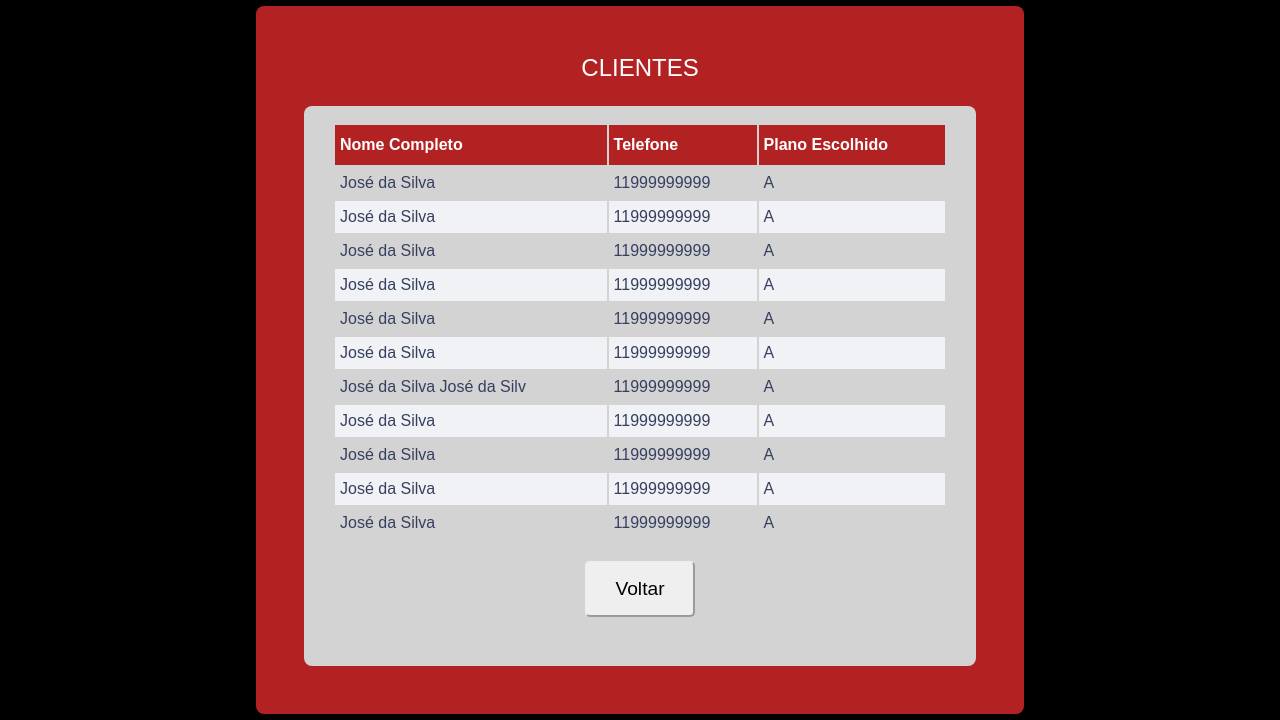
Repository: samantaProspero/projeto_integrador
Page: Versão Atual/PI_Vanila/clientes.html
An editor plug-in stored every save of this project. The page is shown before and after the next save, followed by the edit.
The browser window is 1280 px wide. The pictures show the whole page.

Above is the page before, as saved 2021-11-06 15:04:24.

### Versão Atual/PI_Vanila/clientes.html
<!DOCTYPE html>
<html lang="pt-BR">
<head>
  <meta charset="UTF-8">
  <meta http-equiv="X-UA-Compatible" content="IE=edge">
  <meta name="viewport" content="width=device-width, initial-scale=1.0">
  <link rel="stylesheet" type="text/css" href="_css/global.css">
  <link rel="stylesheet" type="text/css" href="_css/clientes.css">
  <title>D Lions</title>
</head>
<body id="clientes-container">
  <section class="clientes-content">
    <p>CLIENTES</p>
    <nav class="clientes-painel">
      <div class="clientes-lista">

        <div class="area-clientes">
          <table>
            <thead>
              <th>Nome Completo</th>
              <th>Telefone</th>
              <th>Plano Escolhido</th>
            </thead>
            <tbody>
              <tr>
                <td>José da Silva</td>
                <td>11999999999</td>
                <td>A</td>
              </tr>
              <tr>
                <td>José da Silva</td>
                <td>11999999999</td>
                <td>A</td>
              </tr>
              <tr>
                <td>José da Silva</td>
                <td>11999999999</td>
                <td>A</td>
              </tr>
              <tr>
                <td>José da Silva</td>
                <td>11999999999</td>
                <td>A</td>
              </tr>
              <tr>
                <td>José da Silva</td>
                <td>11999999999</td>
                <td>A</td>
              </tr>
              <tr>
                <td>José da Silva</td>
                <td>11999999999</td>
                <td>A</td>
              </tr>
              <tr>
                <td>José da Silva José da Silv</td>
                <td>11999999999</td>
                <td>A</td>
              </tr>
              <tr>
                <td>José da Silva</td>
                <td>11999999999</td>
                <td>A</td>
              </tr>
              <tr>
                <td>José da Silva</td>
                <td>11999999999</td>
                <td>A</td>
              </tr>
              <tr>
                <td>José da Silva</td>
                <td>11999999999</td>
                <td>A</td>
              </tr>
              <tr>
                <td>José da Silva</td>
                <td>11999999999</td>
                <td>A</td>
              </tr>
            </tbody>
          </table>
            <button>Voltar</button>
        </div>
      </div>
    </nav>
  </section>
</body>
</html>

### Versão Atual/PI_Vanila/_css/global.css
  :root{
    --red: #E52E4D;
    --green: #33CC95;
    --blue: #5429CC;
    --blue-light: #6933FF;
    --text-title: #363F5F;
    --text-body: #969CB2;
    --background: #f0f2f5;
    --shape: #FFFFFF;
    --primary_dark: #363F5F;
  --secondary_dark: #000000;
    --primary: #FF0000;
    --bg_home: #B22222;
    --bg_cadastro:#A52A2A;
    --icon: #6495ED;
    --bg_frame: #D3D3D3;
  }
  /* font verdana 8 bold */

  *{
    margin: 0;
    padding: 0;
    box-sizing: border-box;
  }

  /* // font-size: 16px (Desktop) */
  html{
    @media (max-width: 1080px){
      font-size: 93.75%; //15px
    }
    @media (max-width: 720px){
      font-size: 87.5%;  //14px
    }
  }
  /* //REM = 1rem = 16px */
  body{
    background: var(--secondary_dark);
    -webkit-font-smoothing: antialiased;
  }

  body, input, textarea, button {
    font-family: 'Poppins', sans-serif;
    font-weight: 400;
  }

  h1, h2, h3, h4, h5, h6, strong {
    font-weight: 600;
  }

  button {
    cursor: pointer;
  }



  /* [disabled] {
    opacity: 0.6;
    cursor: not-allowed;
  }

  .react-modal-overlay{
    background: rgba(0,0,0,0.5);
    position: fixed;

    top: 0;
    bottom: 0;
    right: 0;
    left: 0;

    display: flex;
    align-items: center;
    justify-content: center;
  }

  .react-modal-content{
    width: 100%;
    max-width: 576px;
    background: var(--background);
    padding: 3rem;
    position: relative;
    border-radius: 0.25rem;
  }

  .react-modal-close{
    position: absolute;
    right: 1.5rem;
    top: 1.5rem;
    border: 0;
    background: transparent;
    transition: 0.2s; */

    /* &:hover{
      filter: brightness(0.9)
    }
  } */

### Versão Atual/PI_Vanila/_css/clientes.css
#clientes-container {
  width: 100vw;
  height: 100vh;
  display: flex;
  flex-direction: column;
  align-items: center;
  justify-content: center;
}
.clientes-content {
  width: 60vw;
  max-width: 1000px;
  display: flex;
  flex-direction: column;
  justify-content: center;
  align-items: center;
  padding: 3rem;
  border-radius: 8px;
  background-color: var(--bg_home);
}
.clientes-content p {
  color: var(--shape);
  font-size: 1.5rem;
  text-align: center;
  padding-bottom: 1.5rem;
}
.clientes-painel {
  width: 100%;
}
.clientes-lista {
  width: 100%;
  background-color: var(--bg_frame);
  display: flex;
  justify-content: space-around;
  align-items: center;
  padding: 1.5rem;
  border-radius: 8px;

  padding-top: 0.7rem;
}

.area-clientes {
  overflow-x:auto;
  display: flex;
  flex: 1;
  flex-direction: column;
  align-items: center;
  justify-content: space-between;
  padding: 5px;

}
.area-clientes table {
  width: 100%;
}
.area-clientes table th, td{
  text-align: left;
  padding: 5px;
}
.area-clientes table thead{
  background-color: var(--bg_home);
  /* opacity: 0.8; */
  height: 2.5rem;
  color: var(--shape);
}
.area-clientes table td{
  height: 2rem;
  /* width: 100%; */
  color: var(--primary_dark);
}

.area-clientes tr:nth-child(even) {
  background-color: var(--background)
}
.area-clientes tr:hover {
  background-color: var(--bg_home);
  color: var(--shape);
}
/* .area-clientes label {
  color: var(--text-title);
  font-size: 1.2rem;
} */
/* .area-clientes  input {
  height: 1.5rem;
  padding: 0.8rem;
  margin-left: 1rem;
  border-radius: 5px;
  font-size: 1rem;
  color: var(--text-title);
  border-color: var(--text);
} */

.area-clientes  button{
  /* width: 8rem; */
  height: 3.5rem;
  font-size: 1.2rem;
  padding: 0.8rem 1.8rem;
  border-radius: 5px;
  margin: 20px;
  border-color: var(--text);
}

After the next save:
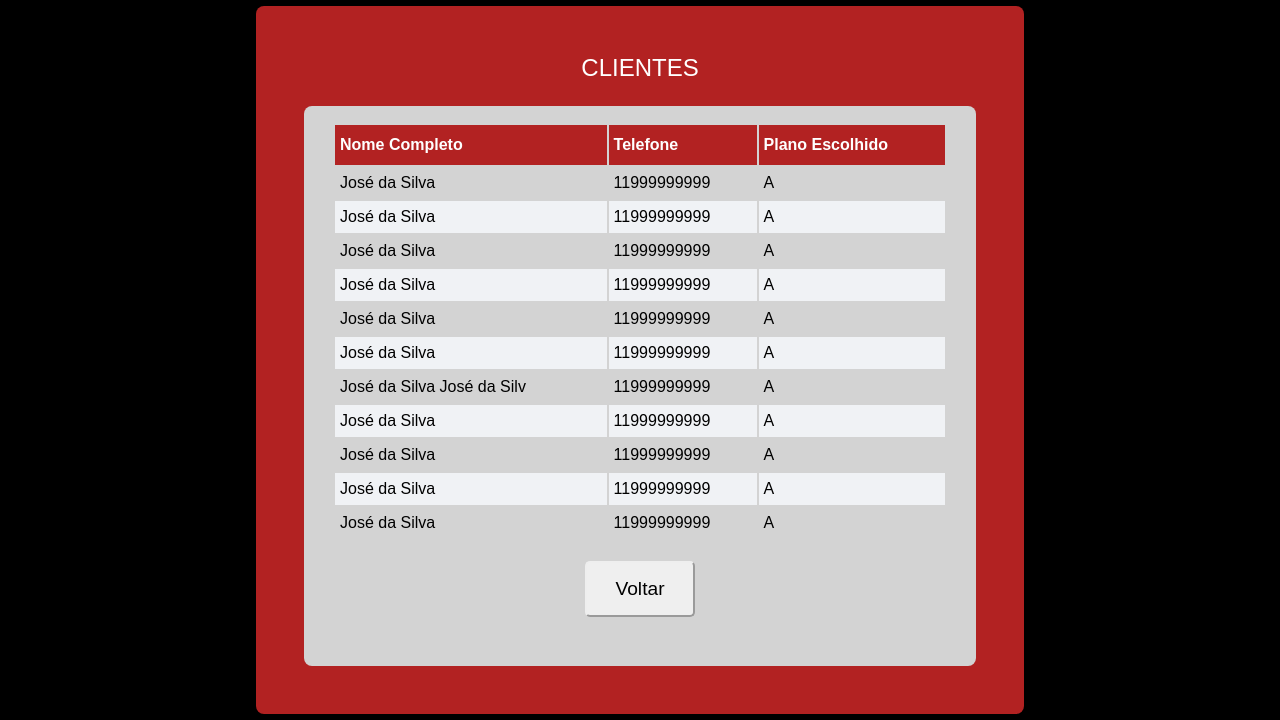
Saved 43 s later.
--- a/Versão Atual/PI_Vanila/_css/clientes.css
+++ b/Versão Atual/PI_Vanila/_css/clientes.css
@@ -64,7 +64,7 @@
 .area-clientes table td{
   height: 2rem;
   /* width: 100%; */
-  color: var(--primary_dark);
+  /* color: var(--primary_dark); */
 }
 
 .area-clientes tr:nth-child(even) {

After the save that followed:
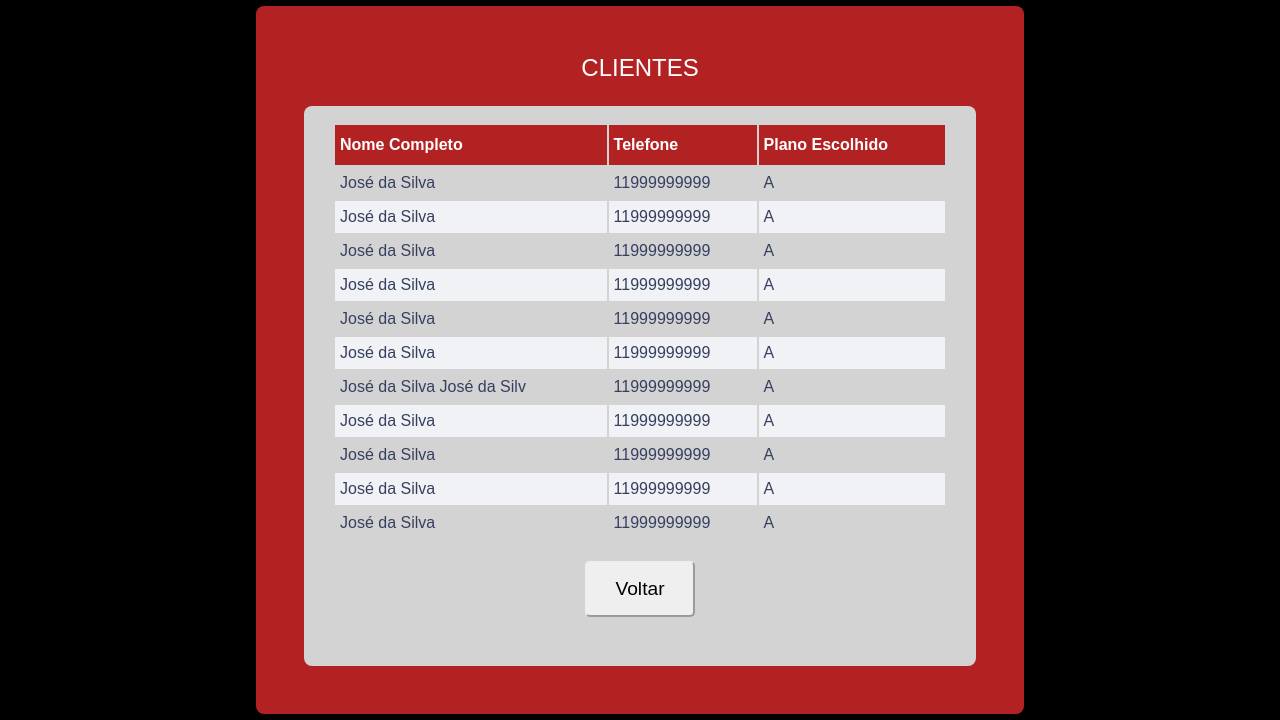
Saved 6 s later.
--- a/Versão Atual/PI_Vanila/_css/clientes.css
+++ b/Versão Atual/PI_Vanila/_css/clientes.css
@@ -64,7 +64,7 @@
 .area-clientes table td{
   height: 2rem;
   /* width: 100%; */
-  /* color: var(--primary_dark); */
+  color: var(--primary_dark);
 }
 
 .area-clientes tr:nth-child(even) {
